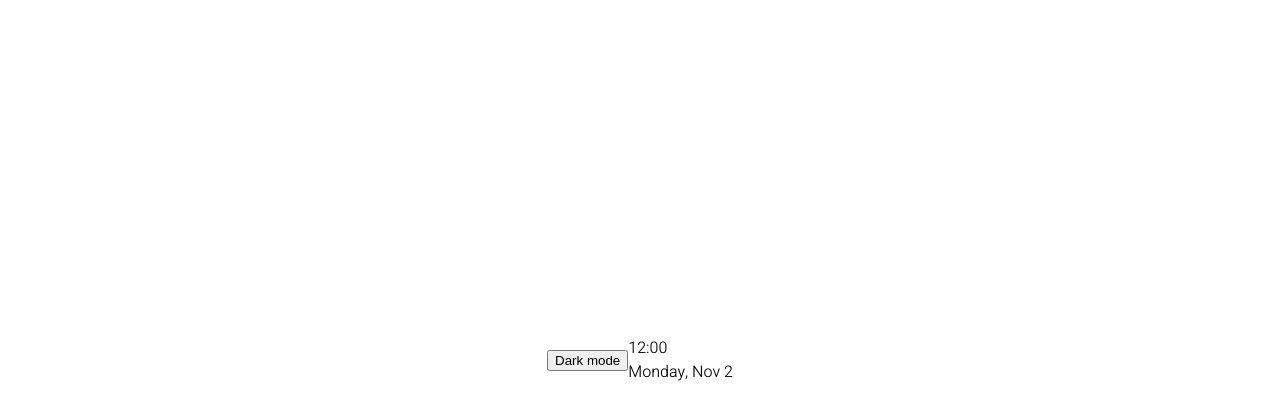
Repository: eagle-tex/50-projects-BT
Page: 19-theme-clock/index.html
The author's editor kept a copy of each file at every save. The page is drawn from the files as they stood at one save, then again after the next save.
The browser window is 1280 px wide. The pictures show the whole page.

Above is the page before, as saved 2021-01-15 21:30:29.

### 19-theme-clock/index.html
<!DOCTYPE html>
<html lang="en">

<head>
  <meta charset="UTF-8" />
  <meta name="viewport" content="width=device-width, initial-scale=1.0" />
  <link rel="stylesheet" href="style.css" />
  <title>Theme Clock</title>
</head>

<body>
  <!-- Inspired by this dribbble shot https://dribbble.com/shots/5958443-Alarm-clock -->

  <button class="toggle">Dark mode</button>

  <div class="clock-container">
    <div class="clock">
      <div class="needle hour"></div>
      <div class="needle minute"></div>
      <div class="needle second"></div>
      <div class="center-point"></div>
    </div>

    <div class="time">12:00</div>
    <div class="date">
      Monday, Nov
      <span class="circle">2</span>
    </div>
  </div>

  <script src="script.js"></script>
</body>

</html>

### 19-theme-clock/style.css
@import url('https://fonts.googleapis.com/css?family=Heebo:300&display=swap');

* {
  box-sizing: border-box;
}

:root {
  --primary-color: #000;
  --secondary-color: #fff;
}

html {
  transition: all 0.5s;
  -webkit-transition: all 0.5s;
  -moz-transition: all 0.5s;
  -ms-transition: all 0.5s;
  -o-transition: all 0.5s;
}

html.dark {
  --primary-color: #fff;
  --secondary-color: #333;
}

html.dark {
  background-color: #111;
  color: var(--primary-color);
}

body {
  font-family: 'Heebo', sans-serif;
  display: flex;
  align-items: center;
  justify-content: center;
  height: 100vh;
  overflow: hidden;
  margin: 0;
}

Loaded but not shown: 19-theme-clock/script.js (no stored copy; drawn as an empty file)

After the next save:
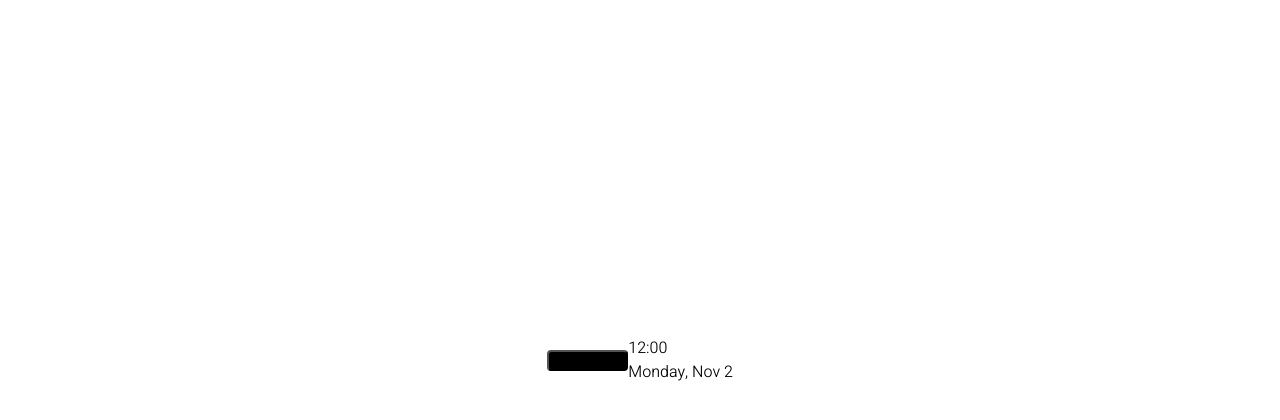
Saved 53 s later.
--- a/19-theme-clock/style.css
+++ b/19-theme-clock/style.css
@@ -10,11 +10,11 @@
 }
 
 html {
-  transition: all 0.5s;
-  -webkit-transition: all 0.5s;
-  -moz-transition: all 0.5s;
-  -ms-transition: all 0.5s;
-  -o-transition: all 0.5s;
+  transition: all 0.5s ease-in;
+  -webkit-transition: all 0.5s ease-in;
+  -moz-transition: all 0.5s ease-in;
+  -ms-transition: all 0.5s ease-in;
+  -o-transition: all 0.5s ease-in;
 }
 
 html.dark {
@@ -36,3 +36,14 @@ body {
   overflow: hidden;
   margin: 0;
 }
+
+.toggle {
+  background-color: var(--primary-color);
+  color: ;
+  var(--secondary-color)border: 0;
+  border-radius: 4px;
+  -webkit-border-radius: 4px;
+  -moz-border-radius: 4px;
+  -ms-border-radius: 4px;
+  -o-border-radius: 4px;
+}
